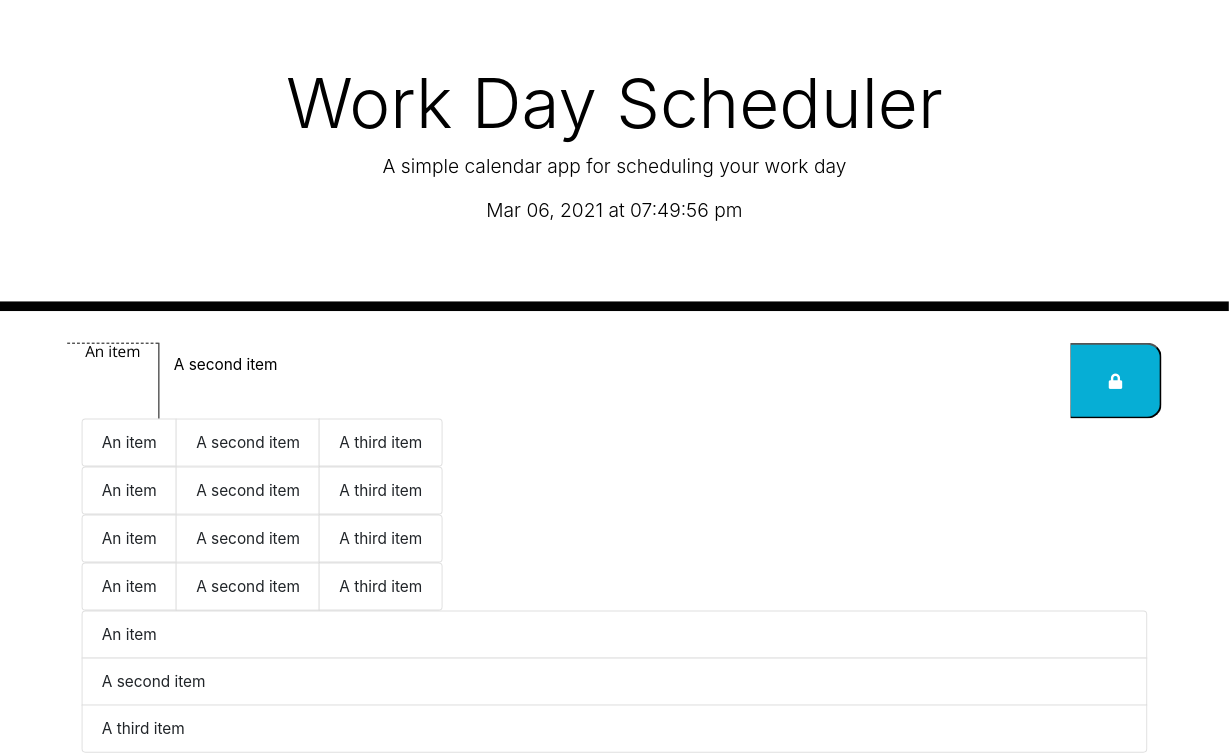
Repository: ziffoit/Work-Day_Scheduler
Page: Develop/index.html
An editor plug-in stored every save of this project. The page is shown before and after the next save, followed by the edit.
The browser window is 1280 px wide. The pictures show the whole page, at 96% of full size.
Some web libraries are served in a nearby version.

Above is the page before, as saved 2021-03-17 18:55:17.

After the next save:
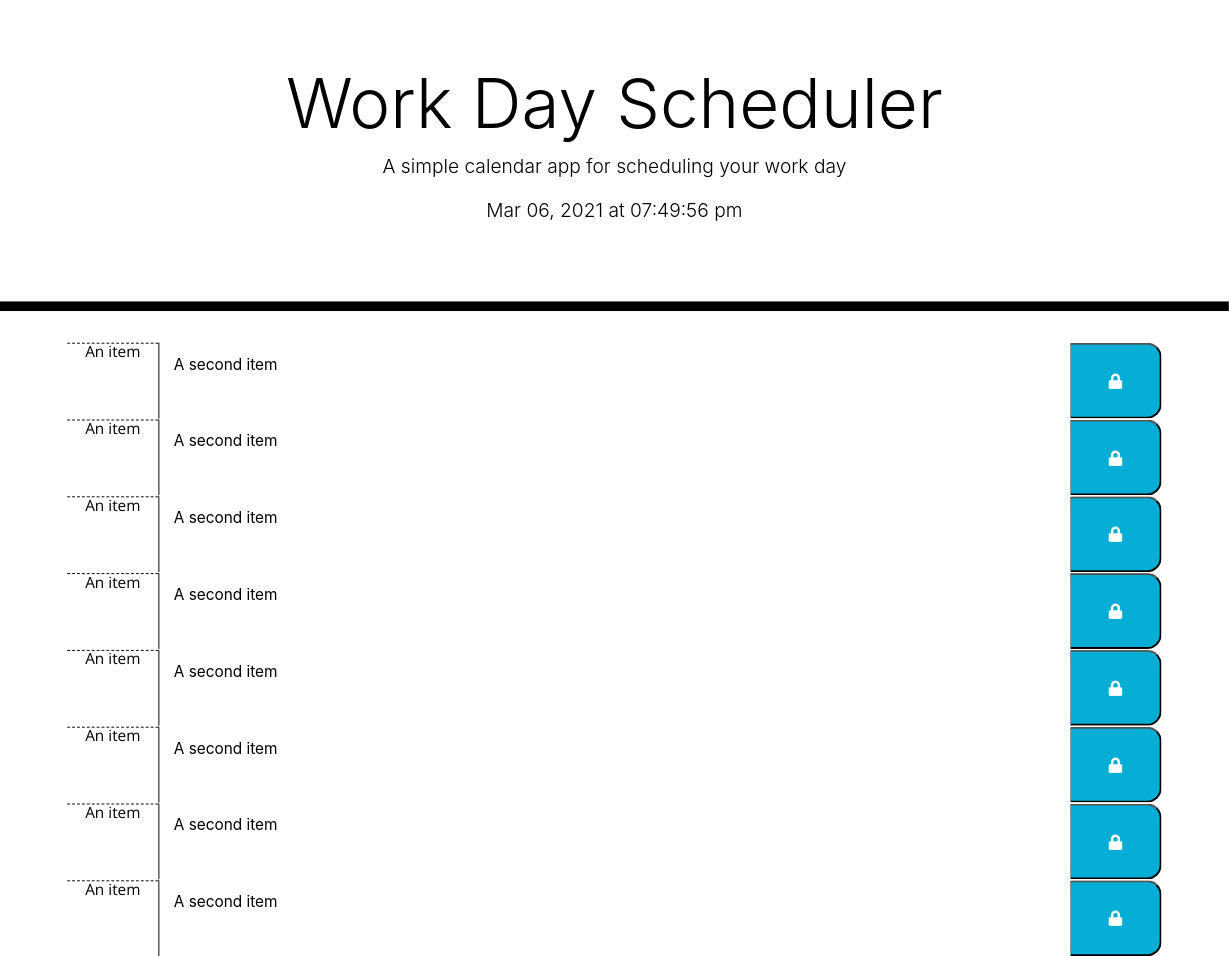
Saved 3 min 57 s later.
--- a/Develop/index.html
+++ b/Develop/index.html
@@ -34,31 +34,42 @@
         <textarea class="col-10 description">A second item</textarea>
         <button class="col-1 saveBtn"><i class="fas fa-lock"></i></button>
       </div>
-      <ul class="list-group list-group-horizontal-sm">
-        <li class="list-group-item">An item</li>
-        <li class="list-group-item">A second item</li>
-        <li class="list-group-item">A third item</li>
-      </ul>
-      <ul class="list-group list-group-horizontal-md">
-        <li class="list-group-item">An item</li>
-        <li class="list-group-item">A second item</li>
-        <li class="list-group-item">A third item</li>
-      </ul>
-      <ul class="list-group list-group-horizontal-lg">
-        <li class="list-group-item">An item</li>
-        <li class="list-group-item">A second item</li>
-        <li class="list-group-item">A third item</li>
-      </ul>
-      <ul class="list-group list-group-horizontal-xl">
-        <li class="list-group-item">An item</li>
-        <li class="list-group-item">A second item</li>
-        <li class="list-group-item">A third item</li>
-      </ul>
-      <ul class="list-group list-group-horizontal-xxl">
-        <li class="list-group-item">An item</li>
-        <li class="list-group-item">A second item</li>
-        <li class="list-group-item">A third item</li>
-      </ul>
+      <div class="row time-block">
+        <hourbody class="col-1 hour">An item</hourbody>
+        <textarea class="col-10 description">A second item</textarea>
+        <button class="col-1 saveBtn"><i class="fas fa-lock"></i></button>
+      </div>
+      <div class="row time-block">
+        <hourbody class="col-1 hour">An item</hourbody>
+        <textarea class="col-10 description">A second item</textarea>
+        <button class="col-1 saveBtn"><i class="fas fa-lock"></i></button>
+      </div>
+      <div class="row time-block">
+        <hourbody class="col-1 hour">An item</hourbody>
+        <textarea class="col-10 description">A second item</textarea>
+        <button class="col-1 saveBtn"><i class="fas fa-lock"></i></button>
+      </div>
+      <div class="row time-block">
+        <hourbody class="col-1 hour">An item</hourbody>
+        <textarea class="col-10 description">A second item</textarea>
+        <button class="col-1 saveBtn"><i class="fas fa-lock"></i></button>
+      </div>
+      <div class="row time-block">
+        <hourbody class="col-1 hour">An item</hourbody>
+        <textarea class="col-10 description">A second item</textarea>
+        <button class="col-1 saveBtn"><i class="fas fa-lock"></i></button>
+      </div>
+      <div class="row time-block">
+        <hourbody class="col-1 hour">An item</hourbody>
+        <textarea class="col-10 description">A second item</textarea>
+        <button class="col-1 saveBtn"><i class="fas fa-lock"></i></button>
+      </div>
+      <div class="row time-block">
+        <hourbody class="col-1 hour">An item</hourbody>
+        <textarea class="col-10 description">A second item</textarea>
+        <button class="col-1 saveBtn"><i class="fas fa-lock"></i></button>
+      </div>
+
       <!-- Timeblocks go here -->
     </div>
 
